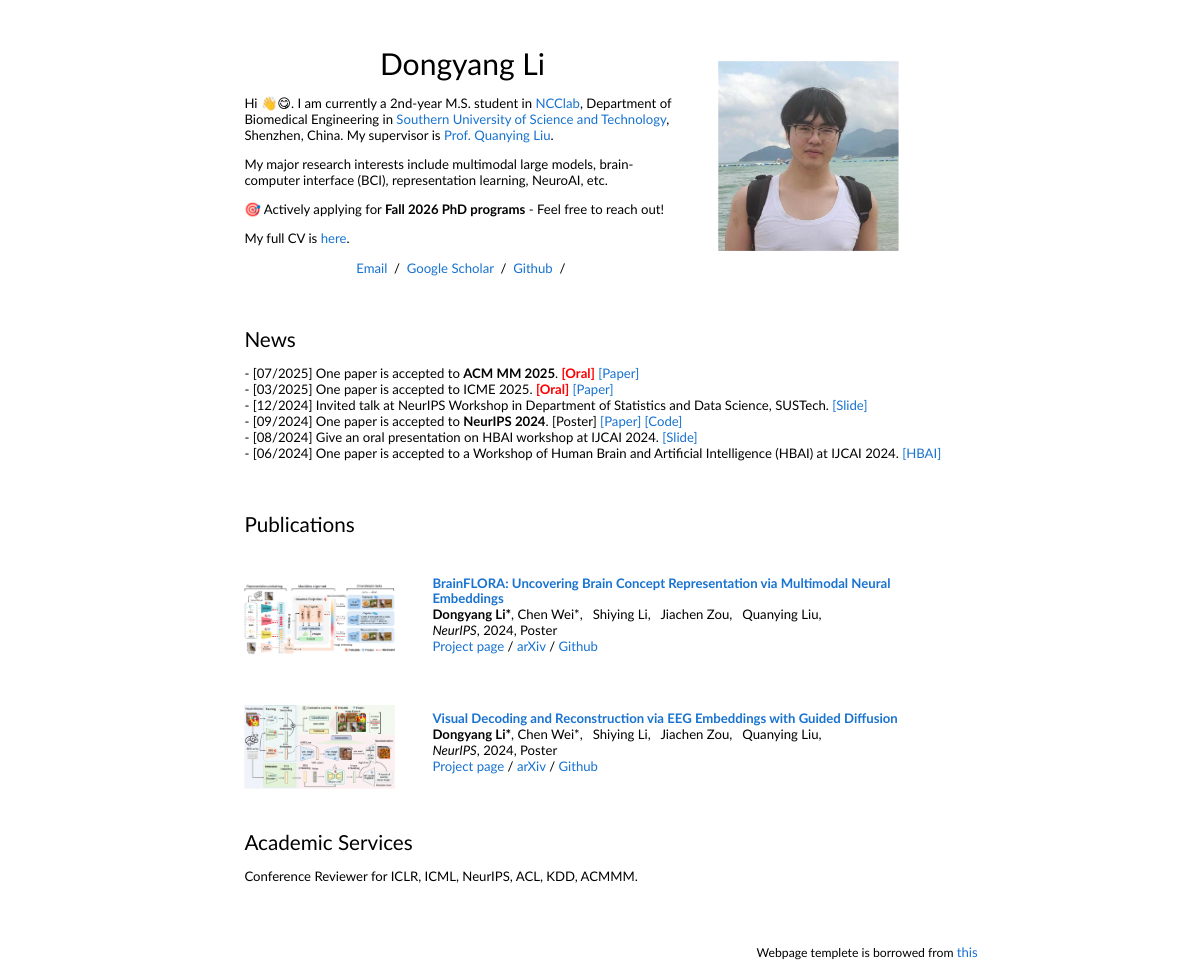
Repository: dongyangli-del/dongyangli-del.github.io
Page: index.html
An editor plug-in stored every save of this project. The page is shown before and after the next save, followed by the edit.
The browser window is 1280 px wide. The pictures show the whole page, at 94% of full size.

Above is the page before, as saved 2025-07-12 20:29:55.

### index.html
<!DOCTYPE HTML>
<html lang="en">
  <head>

    <meta http-equiv="Content-Type" content="text/html; charset=UTF-8">

    <title>Dongyang Li</title>

    <meta name="author" content="Dongyang Li">
    <meta name="viewport" content="width=device-width, initial-scale=1">

    <link rel="stylesheet" type="text/css" href="stylesheet.css">
    <link rel="icon" href="data:[embedded picture, 141 characters]">
  </head>

  <body>
    <!-- <div class="content">
      <table style="width:100%;border:0px;border-spacing:0px;border-collapse:separate;margin-right:auto;margin-left:auto;"><tbody>
        <tr style="padding:0px">
          <td style="padding:2.5%;width:63%;vertical-align:middle">
            <p class="name" style="text-align: center;">
              Dongyang Li
            </p>

            </p>
            <p>

            </p>
            <p style="text-align:center">
            </p>
          </td>
          <td style="padding:2.5%;width:40%;max-width:40%">
            <a href="myassets/profile.jpg"><img style="width:100%;max-width:100%" alt="profile photo" src="myassets/profile.jpg" class="hoverZoomLink"></a>
          </td>
        </tr>
      </tbody></table>
    </div> -->
    <table style="width:100%;max-width:800px;border:0px;border-spacing:0px;border-collapse:separate;margin-right:auto;margin-left:auto;"><tbody>
      <tr style="padding:0px">
        <td style="padding:0px">
          <table style="width:100%;border:0px;border-spacing:0px;border-collapse:separate;margin-right:auto;margin-left:auto;"><tbody>
            <tr style="padding:0px">
              <td style="padding:2.5%;width:63%;vertical-align:middle">
                <p class="name" style="text-align: center;">
                  Dongyang Li
                </p>
                <p>
                  Hi 👋😋.
                  I am currently a 2nd-year M.S. student in <a href="https://www.sustech.edu.cn/zh/faculties/liuquanying.html">NCClab</a>, Department of Biomedical Engineering in <a href="https://www.sustech.edu.cn/">Southern University of Science and Technology</a>, Shenzhen, China.
                  My supervisor is <a href="https://faculty.sustech.edu.cn/?tagid=liuqy&iscss=1&snapid=1&orderby=date&go=1">Prof. Quanying Liu</a>.
                </p>
                <p>
                  My major research interests include multimodal large models, brain-computer interface (BCI), representation learning, NeuroAI, etc.
                </p>
                <p>🎯 Actively applying for <strong>Fall 2026 PhD programs</strong> - Feel free to reach out!</p>
                <p>
                  My full CV is <a href="https://dongyangli-del.github.io/files/Dongyang_Li_CV.pdf">here</a>.
                </p>
                <p style="text-align:center">
                  <a href="lidy2023@mail.sustech.edu.cn">Email</a> &nbsp;/&nbsp;
                  <a href="https://scholar.google.com/citations?user=4VTOeU4AAAAJ&hl=zh-CN&oi=ao">Google Scholar</a> &nbsp;/&nbsp;
                  <a href="https://github.com/dongyangli-del">Github</a> &nbsp;/&nbsp;
                  <!-- <a href="https://www.linkedin.com/in/yingqing-he-6b2859168/">LinkedIn</a> -->
                </p>
              </td>
              <td style="padding:2.5%;width:40%;max-width:40%">
                <a href="myassets/profile.jpg"><img style="width:75%;max-width:100%" alt="profile photo" src="myassets/profile.jpg" class="hoverZoomLink"></a>
              </td>
            </tr>
          </tbody></table>

          <table style="width:100%;border:0px;border-spacing:0px;border-collapse:separate;margin-right:auto;margin-left:auto;"><tbody>
            <tr>
            <td style="padding:20px;width:100%;vertical-align:middle">
              <h2>News</h2>
              <p>
                - [07/2025] One paper is accepted to <strong>ACM MM 2025</strong>. <span style="color: red; font-weight: bold;">[Oral]</span> <a href="https://arxiv.org/pdf/2410.23754">[Paper]</a><br>

                - [03/2025] One paper is accepted to ICME 2025. <span style="color: red; font-weight: bold;">[Oral]</span> <a href="https://arxiv.org/pdf/2410.23754">[Paper]</a><br>

                - [12/2024] Invited talk at NeurIPS Workshop in Department of Statistics and Data Science, SUSTech. <a href="https://dongyangli-del.github.io/files/DongyangLi-20241201.pdf">[Slide]</a><br>

                - [09/2024] One paper is accepted to <strong>NeurIPS 2024</strong>. [Poster] <a href="https://arxiv.org/abs/2403.07721">[Paper]</a> <a href="https://github.com/dongyangli-del/EEG_Image_decode">[Code]</a> <br>

                - [08/2024] Give an oral presentation on HBAI workshop at IJCAI 2024. <a href="https://dongyangli-del.github.io/files/HBAI_2024_DongyangLi.pdf">[Slide]</a><br>

                - [06/2024] One paper is accepted to a Workshop of Human Brain and Artificial Intelligence (HBAI) at IJCAI 2024. <a href="https://hbai2024.github.io/">[HBAI]</a><br>

                <!-- - [10/2024] <font style="color: #d07c22">Invited talk</font> at <a href="https://venue-tutorial.github.io/">ECCV 2024 VENUE (Recent Advances in Video Content Understanding and Generation) Tutorial</a>
                 on the topic of <i>"LLMs Meet image and video generation"</i>.
                 The slides are available at our <a href="https://github.com/YingqingHe/Awesome-LLMs-meet-Multimodal-Generation/blob/main/ECCV2024-VENUE-Tutorial-Slides-LLM-Meet-Image-and-Video-Generation.pdf">Github repo</a>.<br>
                - [08/2024] <font style="color: #d07c22">Invited talk</font> at <a href="https://hunyuan.tencent.com/">Tencent Hunyuan</a>
                 on the topic of <i>"LLMs Meet Multimodal Generation and Editing"</i><br>
                - [08/2024] 1 paper was accepted to <font style="color: #D8429E">ECCV 2024 AI4VA Workshop</font>.<br>
                - [07/2024] 1 paper was accepted to <font style="color: #D8429E">SIGGRAPH Asia 2024</font>.<br>
                - [07/2024] 1 paper was accepted to <font style="color: #D8429E">ECCV 2024</font>.<br>
                - [05/2024] We released a survey paper: <a href="https://arxiv.org/abs/2405.19334">LLMs Meet Multimodal Generation and Editing: A Survey</a>.<br>
                - [03/2024] <font style="color: #d07c22">Invited talk</font> at <a href="https://www.meituan.com/">Meituan</a> on the topic of <i>"Recent Advance of Text-to-Video Generation"</i>.<br>
                - [03/2024] 1 paper was accepted to <font style="color: #D8429E">CVPR 2024</font>.<br>
                - [02/2024] 1 paper was accepted to <font style="color: #D8429E">TVCG 2024</font>.<br>
                - [01/2024] 2 papers were accepted to <font style="color: #D8429E">ICLR 2024</font> (including 1 Spotlight paper).<br>
                - [12/2023] 1 paper was accepted to <font style="color: #D8429E">AAAI 2024</font>.<br>
                - [11/2023] Released <a href="https://arxiv.org/abs/2310.19512">VideoCrafter 1</a>.<br>
                - [08/2023] 1 paper was accepted to <font style="color: #D8429E">SIGGRAPH Asia 2023</font>.<br>
                - [06/2023] <font style="color: #d07c22">Invited talk</font> at <a href="https://sites.google.com/view/loveucvpr23/home">CVPR 2023 LOVEU Workshop</a> on the topic of <i>"Crafting Your Videos: From Unconditional to <br>
                  &nbsp; &nbsp; &nbsp;&nbsp; &nbsp; &nbsp;&nbsp; &nbsp; &nbsp;&nbsp; &nbsp; &nbsp;&nbsp; &nbsp; &nbsp;&nbsp;&nbsp;
                  Controllable Video Diffusion Models"</i>.<br>
                - [04/2023] Released <a href="https://github.com/AILab-CVC/VideoCrafter">VideoCrafter 0.9</a>.<br>
                - [08/2021] 1 paper was accepted to <font style="color: #D8429E">ACM MM 2021</font> as an <font style="color: #D8429E">Oral</font> paper.<br>  -->
              </p>
            </td>
            </tr>
          </tbody></table>
          <table style="width:100%;border:0px;border-spacing:0px;border-collapse:separate;margin-right:auto;margin-left:auto;"><tbody>

    <table style="width:100%;border:0px;border-spacing:0px;border-collapse:separate;margin-right:auto;margin-left:auto;">
      <tbody>
      <tr>
        <td style="padding:20px;width:100%;vertical-align:middle">
          <h2>Publications</h2>
          <!-- <p>
            I'm interested in computer vision, generative models, image/video generation and editing.
          </p> -->
        </td>
      </tr>
      </tbody>
    </table>
    <table style="width:100%;border:0px;border-spacing:0px;border-collapse:separate;margin-right:auto;margin-left:auto;"><tbody>


      <!-- BrainFLORA -->
      <tr>
        <td style="padding:20px;width:25%;vertical-align:middle">
          <img src='myassets/BrainFLORA.png' width="100%">
        </td>
        <td style="padding:20px;width:75%;vertical-align:middle">
          <a href="https://github.com/dongyangli-del/BrainFLORA">
            <span class="papertitle">BrainFLORA: Uncovering Brain Concept Representation via Multimodal Neural Embeddings</span>
          </a>
          <br>
          <strong>Dongyang Li*</strong>,
          <font style="color:black;">Chen Wei*, </font> &nbsp;
          <font style="color: black;">Shiying Li, </font> &nbsp;
          <font style="color: black;">Jiachen Zou, </font> &nbsp;
          <font style="color: black;">Quanying Liu, </font> &nbsp;
          <br>
          <em>NeurIPS</em>, 2024, Poster
          <br>
          <a href="https://github.com/dongyangli-del/BrainFLORA">Project page</a> /
          <a href="https://arxiv.org/pdf/2403.07721">arXiv</a> /
          <a href="https://github.com/dongyangli-del/BrainFLORA">Github</a>
          <p></p>
          <p>
          </p>
        </td>
      </tr>


      <!-- EEG_Image_Decode -->
      <tr>
        <td style="padding:20px;width:25%;vertical-align:middle">
          <img src='myassets/EEG_Image_decode.png' width="100%">
        </td>
        <td style="padding:20px;width:75%;vertical-align:middle">
          <a href="https://github.com/dongyangli-del/EEG_Image_decode/">
            <span class="papertitle">Visual Decoding and Reconstruction via EEG Embeddings with Guided Diffusion</span>
          </a>
          <br>
          <strong>Dongyang Li*</strong>,
          <font style="color:black;">Chen Wei*, </font> &nbsp;
          <font style="color: black;">Shiying Li, </font> &nbsp;
          <font style="color: black;">Jiachen Zou, </font> &nbsp;
          <font style="color: black;">Quanying Liu, </font> &nbsp;
          <br>
          <em>NeurIPS</em>, 2024, Poster
          <br>
          <a href="https://dongyangli-del.github.io/EEG_Image_Decode/">Project page</a> /
          <a href="https://arxiv.org/pdf/2403.07721">arXiv</a> /
          <a href="https://github.com/dongyangli-del/EEG_Image_decode">Github</a>
          <p></p>
          <p>
          </p>
        </td>
      </tr>



    <table style="width:100%;border:0px;border-spacing:0px;border-collapse:separate;margin-right:auto;margin-left:auto;"><tbody>
      <tr>
      <td style="padding:20px;width:100%;vertical-align:middle">
        <h2>Academic Services</h2>
        <p>
          Conference Reviewer for ICLR, ICML, NeurIPS, ACL, KDD, ACMMM.<br>
          <!-- Journal Reviewer for TPAMI, IJCV, ACM Computing Surveys. -->
        </p>
      </td>
    </tr>
    </tbody></table>
    <table style="width:100%;border:0px;border-spacing:0px;border-collapse:separate;margin-right:auto;margin-left:auto;"><tbody>

    <!-- </tbody></table>
          <table width="100%" align="center" border="0" cellspacing="0" cellpadding="20"><tbody>
            <tr>
              <td>
                <h2>Miscellanea</h2>
              </td>
            </tr>
          </tbody></table>
          <table width="100%" align="center" border="0" cellpadding="20"><tbody>

            <tr>
              <td style="padding:20px;width:25%;vertical-align:middle"><img src="images/cvf.jpg"></td>
              <td width="75%" valign="center">
                <a href="https://cvpr2023.thecvf.com/Conferences/2023/Organizers">Demo Chair, CVPR 2023</a>
          <br>
                <a href="https://cvpr2022.thecvf.com/area-chairs">Area Chair, CVPR 2022</a>
                <br>
                <a href="http://cvpr2021.thecvf.com/area-chairs">Area Chair & Longuet-Higgins Award Committee Member, CVPR 2021</a>
                <br>
                <a href="http://cvpr2019.thecvf.com/area_chairs">Area Chair, CVPR 2019</a>
                <br>
                <a href="http://cvpr2018.thecvf.com/organizers/area_chairs">Area Chair, CVPR 2018</a>
              </td>
            </tr>
            <tr>
              <td style="padding:20px;width:25%;vertical-align:middle">
                <img src="images/cs188.jpg" alt="cs188">
              </td>
              <td width="75%" valign="center">
                <a href="http://inst.eecs.berkeley.edu/~cs188/sp11/announcements.html">Graduate Student Instructor, CS188 Spring 2011</a>
                <br>
                <a href="http://inst.eecs.berkeley.edu/~cs188/fa10/announcements.html">Graduate Student Instructor, CS188 Fall 2010</a>
                <br>
                <a href="http://aima.cs.berkeley.edu/">Figures, "Artificial Intelligence: A Modern Approach", 3rd Edition</a>
              </td>
            </tr>


            <tr>
              <td align="center" style="padding:20px;width:25%;vertical-align:middle">
                <h2>Basically <br> Blog Posts</h2>
              </td>
              <td width="75%" valign="middle">
                <a href="https://arxiv.org/abs/2112.11687">Squareplus: A Softplus-Like Algebraic Rectifier</a>
                <br>
                <a href="https://arxiv.org/abs/2010.09714">A Convenient Generalization of Schlick's Bias and Gain Functions</a>
                <br>
                <a href="https://arxiv.org/abs/1704.07483">Continuously Differentiable Exponential Linear Units</a>
                <br>
                <a href="https://jonbarron.info/data/cvpr2023_llm_workshop_annotated.pdf">Scholars & Big Models: How Can Academics Adapt?</a>
              </td>
            </tr>
          </tbody></table> -->


          <table style="width:100%;border:0px;border-spacing:0px;border-collapse:separate;margin-right:auto;margin-left:auto;"><tbody>
            <tr>
              <td style="padding:0px">
                <br>
                <p style="text-align:right;font-size:small;">
                  <!-- Feel free to steal this website's <a href="https://github.com/jonbarron/jonbarron_website">source code</a>. <strong>Do not</strong> scrape the HTML from this page itself, as it includes analytics tags that you do not want on your own website &mdash; use the github code instead. Also, consider using <a href="https://leonidk.com/">Leonid Keselman</a>'s <a href="https://github.com/leonidk/new_website">Jekyll fork</a> of this page. -->
                  Webpage templete is borrowed from <a href="https://github.com/jonbarron/jonbarron_website">this</a>
                </p>
              </td>
            </tr>
          </tbody></table>
        </td>
      </tr>
    </table>
  </body>
</html>

### stylesheet.css
/* latin-ext */
.content {
  width: 1000px;
  padding: 25px 50px;
  margin: 25px auto;
  background-color: white;
  box-shadow: 0px 0px 10px #999;
  border-radius: 15px;
  font-family: "Google Sans";
}

@font-face {
  font-family: 'Lato';
  font-style: italic;
  font-weight: 400;
  src: local('Lato Italic'), local('Lato-Italic'), url(https://fonts.gstatic.com/s/lato/v15/S6u8w4BMUTPHjxsAUi-qNiXg7eU0.woff2) format('woff2');
  unicode-range: U+0100-024F, U+0259, U+1E00-1EFF, U+2020, U+20A0-20AB, U+20AD-20CF, U+2113, U+2C60-2C7F, U+A720-A7FF;
}
/* latin */
@font-face {
  font-family: 'Lato';
  font-style: italic;
  font-weight: 400;
  src: local('Lato Italic'), local('Lato-Italic'), url(https://fonts.gstatic.com/s/lato/v15/S6u8w4BMUTPHjxsAXC-qNiXg7Q.woff2) format('woff2');
  unicode-range: U+0000-00FF, U+0131, U+0152-0153, U+02BB-02BC, U+02C6, U+02DA, U+02DC, U+2000-206F, U+2074, U+20AC, U+2122, U+2191, U+2193, U+2212, U+2215, U+FEFF, U+FFFD;
}
/* latin-ext */
@font-face {
  font-family: 'Lato';
  font-style: italic;
  font-weight: 700;
  src: local('Lato Bold Italic'), local('Lato-BoldItalic'), url(https://fonts.gstatic.com/s/lato/v15/S6u_w4BMUTPHjxsI5wq_FQftx9897sxZ.woff2) format('woff2');
  unicode-range: U+0100-024F, U+0259, U+1E00-1EFF, U+2020, U+20A0-20AB, U+20AD-20CF, U+2113, U+2C60-2C7F, U+A720-A7FF;
}
/* latin */
@font-face {
  font-family: 'Lato';
  font-style: italic;
  font-weight: 700;
  src: local('Lato Bold Italic'), local('Lato-BoldItalic'), url(https://fonts.gstatic.com/s/lato/v15/S6u_w4BMUTPHjxsI5wq_Gwftx9897g.woff2) format('woff2');
  unicode-range: U+0000-00FF, U+0131, U+0152-0153, U+02BB-02BC, U+02C6, U+02DA, U+02DC, U+2000-206F, U+2074, U+20AC, U+2122, U+2191, U+2193, U+2212, U+2215, U+FEFF, U+FFFD;
}
/* latin-ext */
@font-face {
  font-family: 'Lato';
  font-style: normal;
  font-weight: 400;
  src: local('Lato Regular'), local('Lato-Regular'), url(https://fonts.gstatic.com/s/lato/v15/S6uyw4BMUTPHjxAwXiWtFCfQ7A.woff2) format('woff2');
  unicode-range: U+0100-024F, U+0259, U+1E00-1EFF, U+2020, U+20A0-20AB, U+20AD-20CF, U+2113, U+2C60-2C7F, U+A720-A7FF;
}
/* latin */
@font-face {
  font-family: 'Lato';
  font-style: normal;
  font-weight: 400;
  src: local('Lato Regular'), local('Lato-Regular'), url(https://fonts.gstatic.com/s/lato/v15/S6uyw4BMUTPHjx4wXiWtFCc.woff2) format('woff2');
  unicode-range: U+0000-00FF, U+0131, U+0152-0153, U+02BB-02BC, U+02C6, U+02DA, U+02DC, U+2000-206F, U+2074, U+20AC, U+2122, U+2191, U+2193, U+2212, U+2215, U+FEFF, U+FFFD;
}
/* latin-ext */
@font-face {
  font-family: 'Lato';
  font-style: normal;
  font-weight: 700;
  src: local('Lato Bold'), local('Lato-Bold'), url(https://fonts.gstatic.com/s/lato/v15/S6u9w4BMUTPHh6UVSwaPGQ3q5d0N7w.woff2) format('woff2');
  unicode-range: U+0100-024F, U+0259, U+1E00-1EFF, U+2020, U+20A0-20AB, U+20AD-20CF, U+2113, U+2C60-2C7F, U+A720-A7FF;
}
/* latin */
@font-face {
  font-family: 'Lato';
  font-style: normal;
  font-weight: 700;
  src: local('Lato Bold'), local('Lato-Bold'), url(https://fonts.gstatic.com/s/lato/v15/S6u9w4BMUTPHh6UVSwiPGQ3q5d0.woff2) format('woff2');
  unicode-range: U+0000-00FF, U+0131, U+0152-0153, U+02BB-02BC, U+02C6, U+02DA, U+02DC, U+2000-206F, U+2074, U+20AC, U+2122, U+2191, U+2193, U+2212, U+2215, U+FEFF, U+FFFD;
}

a {
  color: #1772d0;
  text-decoration: none;
}
/* a {
  color: #761478b2;
  text-decoration: none;
} */
a:focus,
a:hover {
  color: #f09228;
  text-decoration: none;
}

body,
td,
th,
tr,
/* tr {
  border-bottom: 1px solid rgb(183, 168, 192);
} */
p,
a {
  font-family: 'Lato', Verdana, Helvetica, sans-serif;
  font-size: 14px;
}

strong {
  font-family: 'Lato', Verdana, Helvetica, sans-serif;
  font-size: 14px;
}

h2 {
  margin: 0;
  font-weight: normal;
  font-family: 'Lato', Verdana, Helvetica, sans-serif;
  font-size: 22px;
}

.papertitle {
  font-family: 'Lato', Verdana, Helvetica, sans-serif;
  font-size: 14px;
  font-weight: 700;
}

.name {
  padding-top: 20px;
  margin: 0;
  font-family: 'Lato', Verdana, Helvetica, sans-serif;
  font-size: 32px;
}

.one {
  width: 200px;
  height: 200px;
  position: relative;

}

.two {
  width: 200px;
  height: 200px;
  position: absolute;
  transition: opacity .2s ease-in-out;
  -moz-transition: opacity .2s ease-in-out;
  -webkit-transition: opacity .2s ease-in-out;
}

.fade {
  transition: opacity .2s ease-in-out;
  -moz-transition: opacity .2s ease-in-out;
  -webkit-transition: opacity .2s ease-in-out;
}

span.highlight {
  background-color: #ffffd0;
}

After the next save:
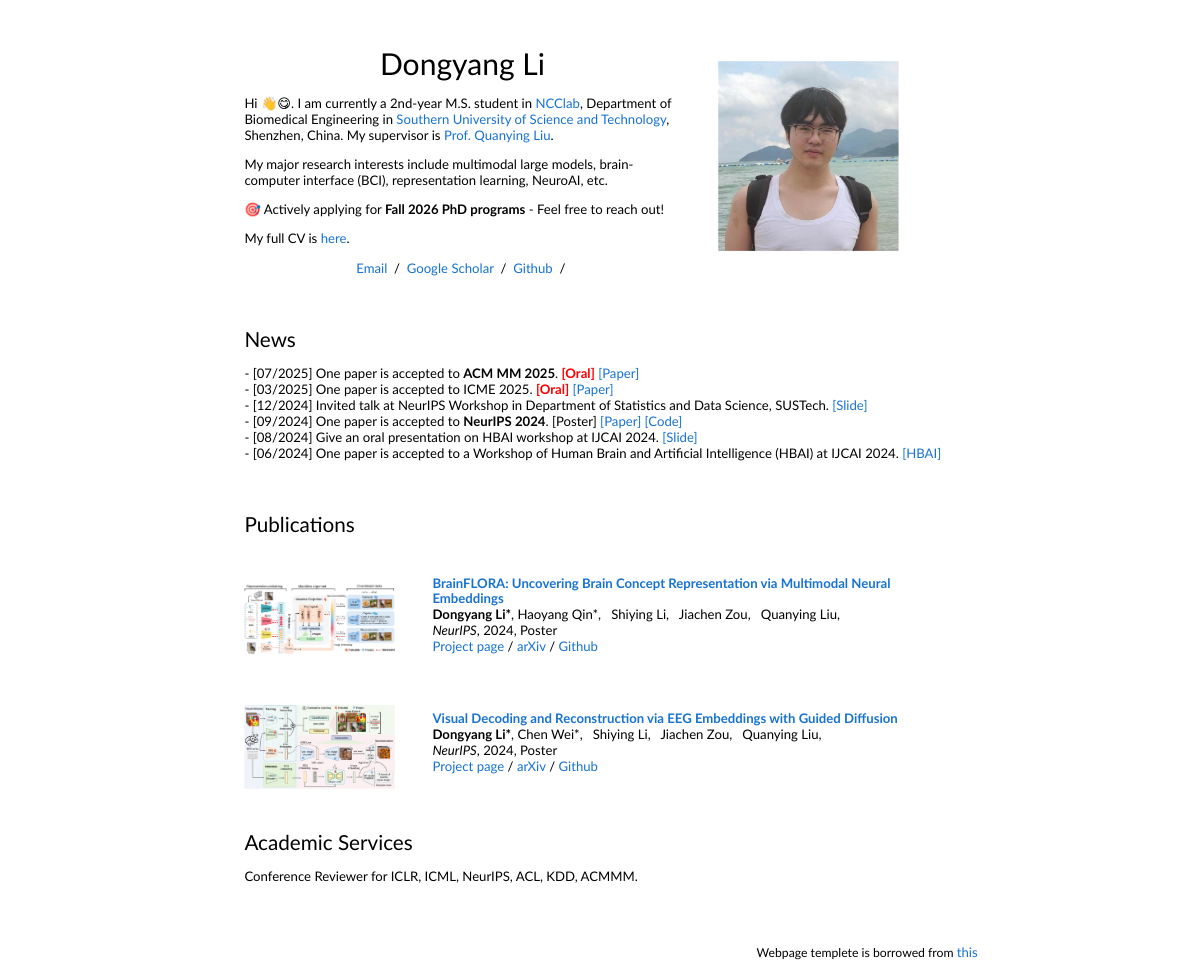
Saved 9 s later.
--- a/index.html
+++ b/index.html
@@ -139,7 +139,7 @@
           </a>
           <br>
           <strong>Dongyang Li*</strong>,
-          <font style="color:black;">Chen Wei*, </font> &nbsp;
+          <font style="color:black;">Haoyang Qin*, </font> &nbsp;
           <font style="color: black;">Shiying Li, </font> &nbsp;
           <font style="color: black;">Jiachen Zou, </font> &nbsp;
           <font style="color: black;">Quanying Liu, </font> &nbsp;
